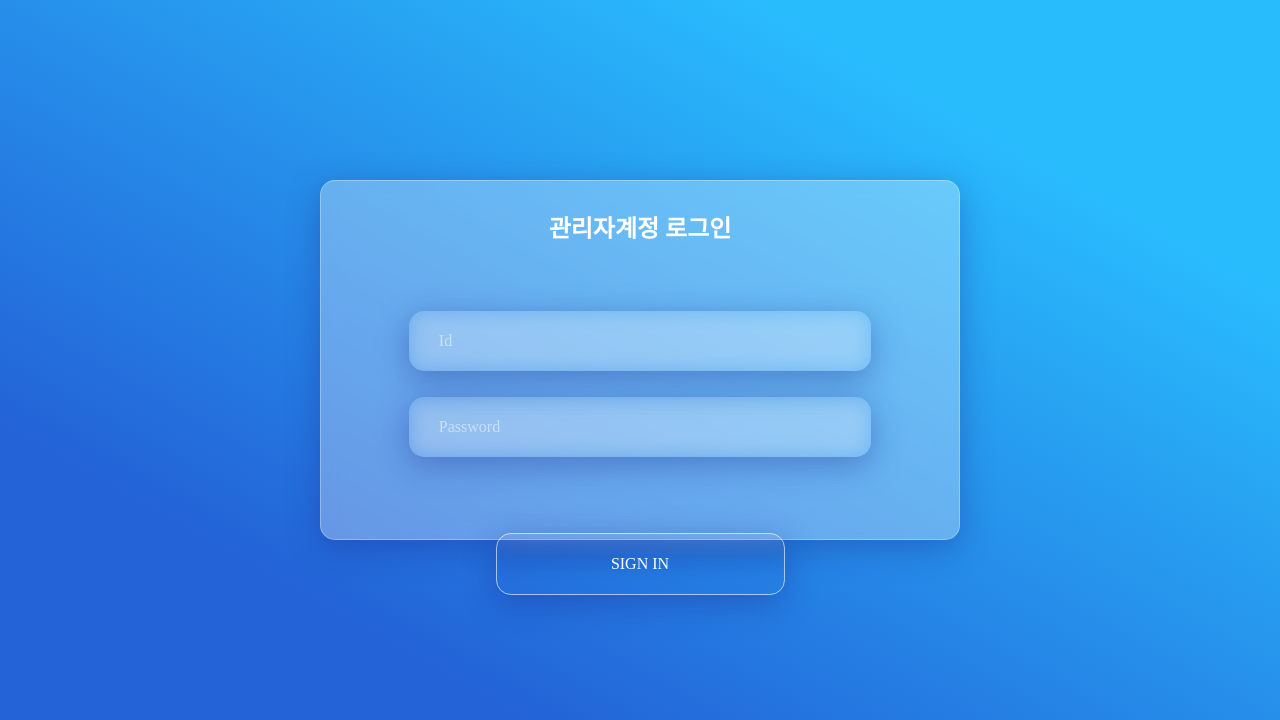
Repository: LEEYONGJUN3068/cms
Page: /login
The author's editor kept a copy of each file at every save. The page is drawn from the files as they stood at one save, then again after a run of saves.
The browser window is 1280 px wide. The pictures show the whole page.
The page's requests for data from a server got no answer. The project was rebuilt for these pictures with package versions that can differ from the ones it lists, and the page was loaded fresh each time. The framework's server and built-in components were replaced by stand-ins that run in the browser. No one was signed in, and anything a server would have sent is missing. Also part of the build but not shown: next.config.mjs.

Above is the page before, as saved 2025-09-23 14:43:18.

### src/app/layout.js
import { Geist, Geist_Mono } from "next/font/google";
import "./globals.css";
import AppLoader from "@/components/AppLoader";
import "../styles/globals.scss";

const geistSans = Geist({
  variable: "--font-geist-sans",
  subsets: ["latin"],
});

const geistMono = Geist_Mono({
  variable: "--font-geist-mono",
  subsets: ["latin"],
});

export const metadata = {
  title: "Create Next App",
  description: "Generated by create next app",
  stylesheets: [
    {
      rel: 'stylesheet',
      as: 'style',
      crossOrigin: 'anonymous',
      href: 'https://cdn.jsdelivr.net/gh/orioncactus/pretendard@v1.3.9/dist/web/static/pretendard.min.css',
    },
  ],
};

export default function RootLayout({ children }) {
  return (
    <html lang="ko">
      <body
        className={`${geistSans.variable} ${geistMono.variable} antialiased`}
      >
        <AppLoader>{children}</AppLoader>
      </body>
    </html>
  );
}

### src/app/login/page.jsx
'use client'
import { useState } from 'react'
import { supabase } from '@/lib/supabaseClient'
import { useRouter } from 'next/navigation'
import styles from './login.module.scss'

export default function Login() {
  const [email,setEmail] = useState('')
  const [password,setPassword] = useState('')
  const router = useRouter()

  const handleLogin = async (e) => {
    e.preventDefault()
    const { data, error } = await supabase.auth.signInWithPassword({ email, password })
    if (error) alert(error.message)
    else router.push('/dashboard')
  }

  return (
    <div className={styles.loginContainer}>
      <div className={styles.form}>
        <h2>관리자계정 로그인</h2>
        <form onSubmit={handleLogin}>
          <input
            type="email"
            placeholder="Id"
            value={email}
            onChange={(e)=>setEmail(e.target.value)}
            required
            name='id'
          />
          <input
            type="password"
            placeholder="Password"
            value={password}
            onChange={(e)=>setPassword(e.target.value)}
            required
            name='pw'
          />
          <button type="submit" className={styles.loginBtn}>SIGN IN</button>
        </form>
      </div>
    </div>
  )
}

### src/app/globals.css
@import "tailwindcss";

:root {
  --background: #ffffff;
  --foreground: #171717;
}

@theme inline {
  --color-background: var(--background);
  --color-foreground: var(--foreground);
  --font-sans: var(--font-geist-sans);
  --font-mono: var(--font-geist-mono);
}

@media (prefers-color-scheme: dark) {
  :root {
    --background: #0a0a0a;
    --foreground: #ededed;
  }
}

body {
  background: var(--background);
  color: var(--foreground);
  font-family: 'Pretendard';
}

### src/components/AppLoader.jsx
"use client";

import { useState, useEffect } from "react";
import dynamic from 'next/dynamic'; // dynamic import 추가

// LoadingScreen 컴포넌트를 dynamic으로 불러오고, ssr을 false로 설정합니다.
// 이렇게 하면 이 컴포넌트는 오직 브라우저에서만 렌더링됩니다.
const LoadingScreen = dynamic(() => import('./LoadingScreen'), { ssr: false });

const AppLoader = ({ children }) => {
  const [loading, setLoading] = useState(true);

  useEffect(() => {
    const isFirstVisit = sessionStorage.getItem("isFirstVisit");

    if (isFirstVisit) {
      setLoading(false);
    } else {
      sessionStorage.setItem("isFirstVisit", "false");
      setTimeout(() => {
        setLoading(false);
      }, 3000);
    }
  }, []);

  return loading ? <LoadingScreen /> : <>{children}</>;
};

export default AppLoader;

### src/styles/globals.scss
button{
    &:hover{
        cursor: pointer;
    }
}

### src/app/login/login.module.scss
.loginContainer{
    background: linear-gradient(to bottom left, #29bcfd 20%, #2362d7 80%);
    width: 100%;
    height: 100vh;

    .form{
        position: absolute;
        left: 50%;
        top: 50%;
        transform: translate(-50%, -50%);
        width: 50%;
        height: 50vh;
        background: rgba(255, 255, 255, 0.3);
        backdrop-filter: blur(10px);
        -webkit-backdrop-filter: blur(10px); /* Safari 브라우저 지원 */
        border: 1px solid rgba(255, 255, 255, 0.3);
        box-shadow: 0 8px 32px 0 rgba(31, 38, 135, 0.37);
        border-radius: 15px;
        padding: 30px;
        color: white;

        h2{
            text-align: center;
            font-weight: bold;
            font-size: clamp(0px, 4vw, 24px);
            margin-bottom: 5vw;
        }

        input{
            width: 80%;
            height: 5vh;
            backdrop-filter: blur(10px);
            -webkit-backdrop-filter: blur(10px); /* Safari 브라우저 지원 */
            box-shadow: 0 8px 32px 0 rgba(31, 38, 135, 0.37);
            border-radius: 15px;
            padding: 30px;
            color: white;
            margin-bottom: 2vw;

            &:focus{
                outline: none;
            }
        }

        form{
            display: flex;
            flex-direction: column;
            justify-content: center;
            align-items: center;
        }

        .loginBtn{
            display: flex;
            align-items: center;
            justify-content: center;
            width: 50%;
            height: 5vh;
            backdrop-filter: blur(10px);
            -webkit-backdrop-filter: blur(10px); /* Safari 브라우저 지원 */
            border: 1px solid rgba(255, 255, 255, 0.6);
            box-shadow: 0 8px 32px 0 rgba(31, 38, 135, 0.37);
            border-radius: 15px;
            padding: 30px;
            font-weight: 500;
            color: white;
            margin-top: 4vw;

            &:hover{
                background-color: #fff;
                color: #2362d7;
                transition: all 0.5s;
            }
        }
    }
}

### src/components/LoadingScreen.jsx
"use client";

// lottie-react에서 Player를 가져옵니다.
import { Player } from "@lottiefiles/react-lottie-player";

const LoadingScreen = () => {
  return (
    <div style={{
      position: 'fixed',
      top: 0,
      left: 0,
      width: '100%',
      height: '100%',
      backgroundColor: '#000',
      display: 'flex',
      flexDirection: 'column',
      justifyContent: 'center',
      alignItems: 'center',
      zIndex: 9999,
    }}>
        <p style={{
            fontSize: 'clamp(0px, 5vw, 32px)',
            fontWeight: 'bold',
        }}>
          포트폴리오 화면을 구성중입니다
        </p>
        <Player
          autoplay
          loop
          src="https://lottie.host/dfe9ce55-f0b7-4bb0-bcd2-241897b61dec/JhkEyDhSuU.json"
          style={{ width: 'clamp(0px, 50vw, 300px)', height: 'auto' }}
        />
    </div>
  );
};

export default LoadingScreen;

Loaded but not shown: src/lib/supabaseClient.js (common file)

After the next 2 saves:
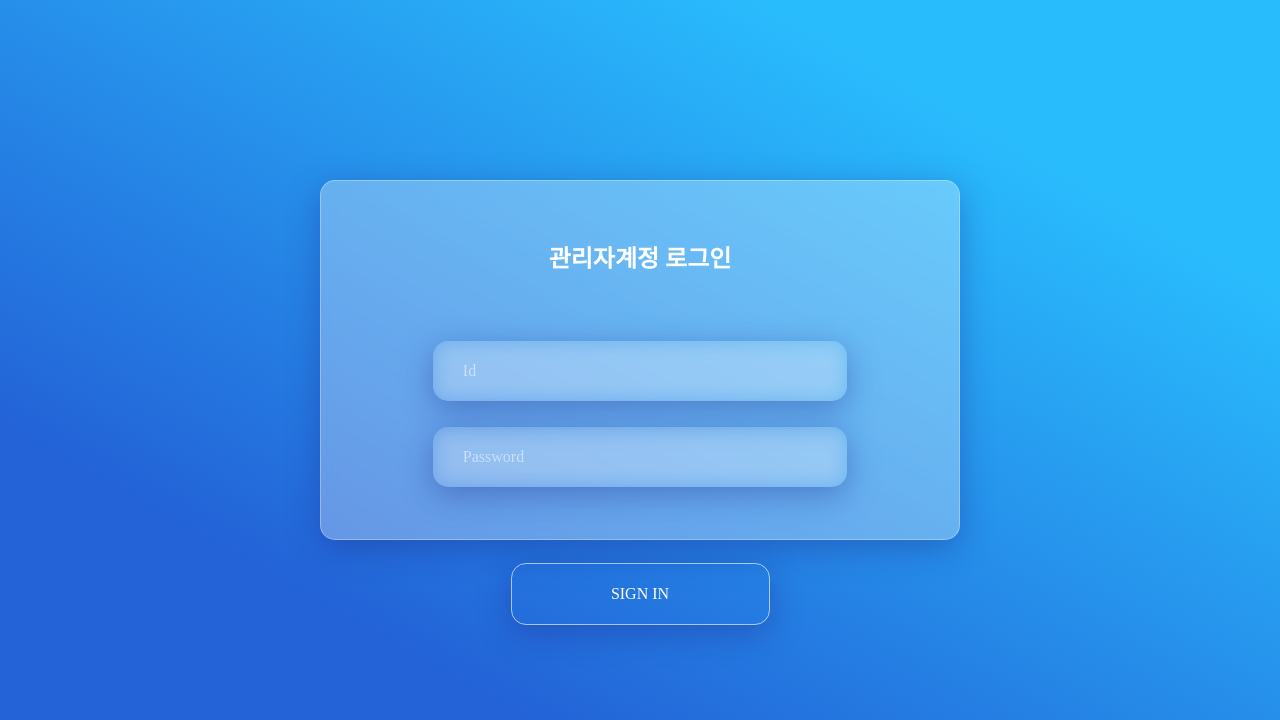
The 2 saves are shown as one change because they came seconds apart.
The last was saved 24 s later.
--- a/src/app/login/login.module.scss
+++ b/src/app/login/login.module.scss
@@ -16,7 +16,7 @@
         border: 1px solid rgba(255, 255, 255, 0.3);
         box-shadow: 0 8px 32px 0 rgba(31, 38, 135, 0.37);
         border-radius: 15px;
-        padding: 30px;
+        padding: clamp(0px, 5vw, 60px);
         color: white;
 
         h2{
